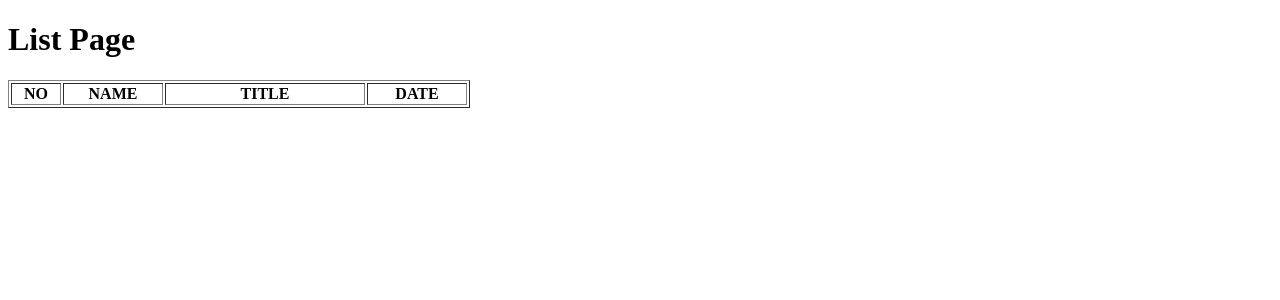
Repository: leedh909/Academy-web-
Page: http://localhost/Jsp01_MyBoard/
These files come from the project's save history. The page is drawn as it stood at one moment and after the next save; the edit follows.
The browser window is 1280 px wide. The pictures show the whole page.
The page is served by Tomcat 9. Other server files are loaded and not shown.

Above is the page before, as saved 2020-06-25 01:29:22.

### 실습자료/eclipse-servlet/Jsp01_MyBoard/WebContent/index.jsp
<%@ page language="java" contentType="text/html; charset=UTF-8"
    pageEncoding="UTF-8"%>
<!DOCTYPE html>
<html>
<head>
<meta charset="UTF-8">
<title>Insert title here</title>
</head>
<body>
	<!--  -->
	<jsp:forward page="./mylist.jsp"></jsp:forward>
</body>
</html>

### 실습자료/eclipse-servlet/Jsp01_MyBoard/WebContent/mylist.jsp
<%@ page language="java" contentType="text/html; charset=UTF-8"
    pageEncoding="UTF-8"%>
<% request.setCharacterEncoding("UTF-8"); %>
<% response.setContentType("text/html; charset=UTF-8"); %>


<!DOCTYPE html>
<html>
<head>
<meta charset="UTF-8">
<title>Insert title here</title>
</head>
<body>
	<h1>List Page</h1>
	<table border="1">
		<col width="50px">
		<col width="100px">
		<col width="200px">
		<col width="100px">
		<tr>
			<th>NO</th>
			<th>NAME</th>
			<th>TITLE</th>
			<th>DATE</th>
		</tr>


	</table>

</body>
</html>

After the next save:
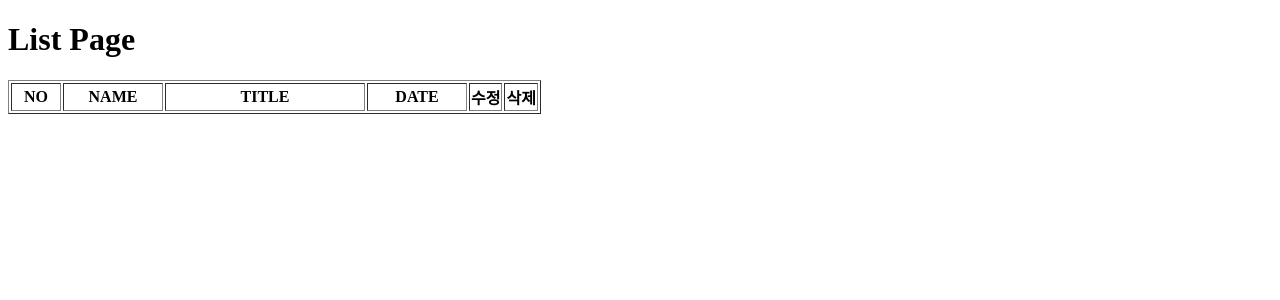
Saved 31 s later.
--- a/실습자료/eclipse-servlet/Jsp01_MyBoard/WebContent/mylist.jsp
+++ b/실습자료/eclipse-servlet/Jsp01_MyBoard/WebContent/mylist.jsp
@@ -22,6 +22,8 @@
 			<th>NAME</th>
 			<th>TITLE</th>
 			<th>DATE</th>
+			<th>수정</th>
+			<th>삭제</th>
 		</tr>
 
 
